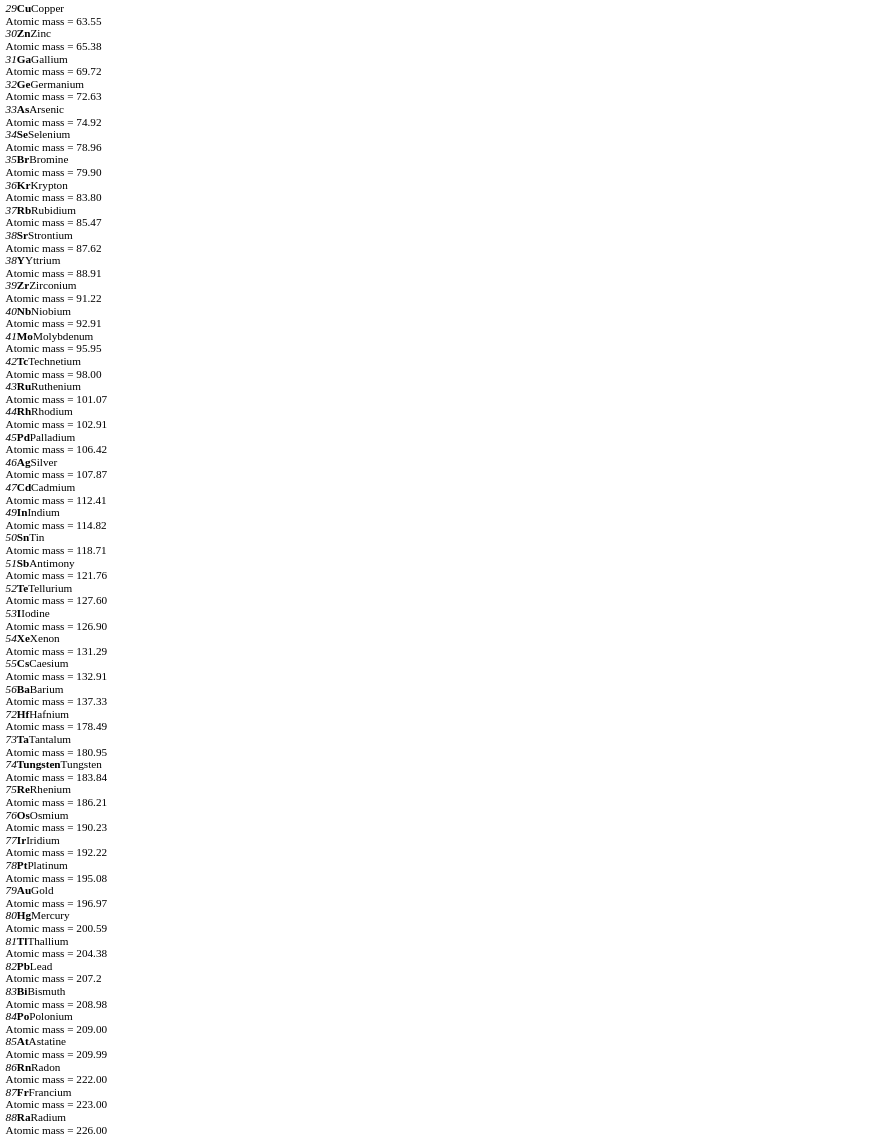
Repository: manayparikh1/Periodify
Page: index.html
The author's editor kept a copy of each file at every save. The page is drawn from the files as they stood at one save, then again after the next save.
The browser window is 1280 px wide. The pictures show the part of the page from y = 1348 to 3268 px (the page is 2980 px tall before and 3268 px after), at 70% of full size.

Above is the page before, as saved 2026-10-16 20:59:21.

### index.html
<!DOCTYPE html>
<html lang="en">

<head>
    <meta charset="UTF-8">
    <meta name="viewport" content="width=device-width, initial-scale=1.0">
    <title>Periodify</title>
</head>

<body>
    <!-- === HTML STARTS here===-->
    <header>
        <h1>Period<span>ify</span></h1>
        <p>Hover (or tap) an element and you can hover over the legend to isolate that specific group.</p>
    </header>
    <!-- === Legend === -->
    <ul class="legend">
        <li class="k-ak" style="--c: var(--ak);">Alkali metals</li>
        <li class="k-ae" style="--c: var(--ae);">Alkaline earth metals</li>
        <li class="k-tm" style="--c: var(--tm);">Transition metals</li>
        <li class="k-pt" style="--c: var(--pt);">Post-transition metals</li>
        <li class="k-md" style="--c: var(--md);">Metalloids</li>
        <li class="k-nm" style="--c: var(--nm);">Nonmetals</li>
        <li class="k-hg" style="--c: var(--hg);">Halogens</li>
        <li class="k-hl" style="--c: var(--hl);">Noble gases</li>
        <li class="k-la" style="--c: var(--la);">Lanthanides</li>
        <li class="k-ac" style="--c: var(--ac);">Actinides</li>
    </ul>
    <p class="hint">If you are on a phone swipe the table to the side so you can see properly.</p>
    <div class="scroll">
        <div class="table">

            <!-- The first period -->
            <div class="el nm" tabindex="0"><i>1</i><b>H</b><span>Hydrogen<br>Atomic mass = 1.008</span></div>
            <div class="gap" style="--n:16"></div>
            <!-- Gives a 16 element gap because hydron and helium are not in the same column -->
            <div class="el ng" tabindex="0"><i>2</i><b>He</b><span>Helium<br>Atomic mass = 4.003</span></div>
            <!-- The second period -->
            <div class="el ak" tabindex="0"><i>3</i><b>Li</b><span>Lithium<br>Atomic mass = 6.94</span></div>
            <div class="el ae" tabindex="0"><i>4</i><b>Be</b><span>Beryllium<br>Atomic mass = 9.012</span></div>
            <div class="gap" style="--n:10"></div>
            <div class="el md" tabindex="0"><i>5</i><b>B</b><span>Boron<br>Atomic mass = 10.81</span></div>
            <div class="el nm" tabindex="0"><i>6</i><b>C</b><span>Carbon<br>Atomic mass = 12.01</span></div>
            <div class="el nm" tabindex="0"><i>7</i><b>N</b><span>Nitrogen<br>Atomic mass = 14.01</span></div>
            <div class="el nm" tabindex="0"><i>8</i><b>O</b><span>Oxygen<br>Atomic mass = 16.00</span></div>
            <div class="el hg" tabindex="0"><i>9</i><b>F</b><span>Fluorine<br>Atomic mass = 19.00</span></div>
            <div class="el ng" tabindex="0"><i>10</i><b>Ne</b><span>Neon<br>Atomic mass = 20.18</span></div>
            <!-- The third period -->
            <div class="el ak" tabindex="0"><i>11</i><b>Na</b><span>Sodium<br>Atomic mass = 22.99</span></div>
            <div class="el ae" tabindex="0"><i>12</i><b>Mg</b><span>Magnesium<br>Atomic mass = 24.31</span></div>
            <div class="gap" style="--n:10"></div>
            <div class="el md" tabindex="0"><i>13</i><b>Al</b><span>Aluminum<br>Atomic mass = 26.98</span></div>
            <div class="el nm" tabindex="0"><i>14</i><b>Si</b><span>Silicon<br>Atomic mass = 28.09</span></div>
            <div class="el nm" tabindex="0"><i>15</i><b>P</b><span>Phosphorus<br>Atomic mass = 30.97</span></div>
            <div class="el nm" tabindex="0"><i>16</i><b>S</b><span>Sulfur<br>Atomic mass = 32.06</span></div>
            <div class="el hg" tabindex="0"><i>17</i><b>Cl</b><span>Chlorine<br>Atomic mass = 35.45</span></div>
            <div class="el ng" tabindex="0"><i>18</i><b>Ar</b><span>Argon<br>Atomic mass = 39.95</span></div>
            <!-- the fourth period -->
            <div class="el ak" tabindex="0"><i>19</i><b>K</b><span>Potassium<br>Atomic mass = 39.09</span></div>
            <div class="el ae" tabindex="0"><i>20</i><b>Ca</b><span>Calcium<br>Atomic mass = 40.08</span></div>
            <div class="el tm" tabindex="0"><i>21</i><b>Sc</b><span>Scandium<br>Atomic mass = 44.96</span></div>
            <div class="el tm" tabindex="0"><i>22</i><b>Ti</b><span>Titanium<br>Atomic mass = 47.87</span></div>
            <div class="el tm" tabindex="0"><i>23</i><b>V</b><span>Vanadium<br>Atomic mass = 50.94</span></div>
            <div class="el tm" tabindex="0"><i>24</i><b>Cr</b><span>Chromium<br>Atomic mass = 52.00</span></div>
            <div class="el tm" tabindex="0"><i>25</i><b>Mn</b><span>Manganese<br>Atomic mass = 54.94</span></div>
            <div class="el tm" tabindex="0"><i>26</i><b>Fe</b><span>Iron<br>Atomic mass = 55.85</span></div>
            <div class="el tm" tabindex="0"><i>27</i><b>Co</b><span>Cobalt<br>Atomic mass = 58.93</span></div>
            <div class="el tm" tabindex="0"><i>28</i><b>Ni</b><span>Nickel<br>Atomic mass = 58.69</span></div>
            <div class="el tm" tabindex="0"><i>29</i><b>Cu</b><span>Copper<br>Atomic mass = 63.55</span></div>
            <div class="el tm" tabindex="0"><i>30</i><b>Zn</b><span>Zinc<br>Atomic mass = 65.38</span></div>
            <div class="el pt" tabindex="0"><i>31</i><b>Ga</b><span>Gallium<br>Atomic mass = 69.72</span></div>
            <div class="el md" tabindex="0"><i>32</i><b>Ge</b><span>Germanium<br>Atomic mass = 72.63</span></div>
            <div class="el md" tabindex="0"><i>33</i><b>As</b><span>Arsenic<br>Atomic mass = 74.92</span></div>
            <div class="el nm" tabindex="0"><i>34</i><b>Se</b><span>Selenium<br>Atomic mass = 78.96</span></div>
            <div class="el hg" tabindex="0"><i>35</i><b>Br</b><span>Bromine<br>Atomic mass = 79.90</span></div>
            <div class="el ng" tabindex="0"><i>36</i><b>Kr</b><span>Krypton<br>Atomic mass = 83.80</span></div>
            <!-- the fifth period -->
            <div class="el ak" tabindex="0"><i>37</i><b>Rb</b><span>Rubidium<br>Atomic mass = 85.47</span></div>
            <div class="el ae" tabindex="0"><i>38</i><b>Sr</b><span>Strontium<br>Atomic mass = 87.62</span></div>
            <div class="el tm" tabindex="0"><i>38</i><b>Y</b><span>Yttrium<br>Atomic mass = 88.91</span></div>
            <div class="el tm" tabindex="0"><i>39</i><b>Zr</b><span>Zirconium<br>Atomic mass = 91.22</span></div>
            <div class="el tm" tabindex="0"><i>40</i><b>Nb</b><span>Niobium<br>Atomic mass = 92.91</span></div>
            <div class="el tm" tabindex="0"><i>41</i><b>Mo</b><span>Molybdenum<br>Atomic mass = 95.95</span></div>
            <div class="el tm" tabindex="0"><i>42</i><b>Tc</b><span>Technetium<br>Atomic mass = 98.00</span></div>
            <div class="el tm" tabindex="0"><i>43</i><b>Ru</b><span>Ruthenium<br>Atomic mass = 101.07</span></div>
            <div class="el tm" tabindex="0"><i>44</i><b>Rh</b><span>Rhodium<br>Atomic mass = 102.91</span></div>
            <div class="el tm" tabindex="0"><i>45</i><b>Pd</b><span>Palladium<br>Atomic mass = 106.42</span></div>
            <div class="el tm" tabindex="0"><i>46</i><b>Ag</b><span>Silver<br>Atomic mass = 107.87</span></div>
            <div class="el tm" tabindex="0"><i>47</i><b>Cd</b><span>Cadmium<br>Atomic mass = 112.41</span></div>
            <div class="el pt" tabindex="0"><i>49</i><b>In</b><span>Indium<br>Atomic mass = 114.82</span></div>
            <div class="el pt" tabindex="0"><i>50</i><b>Sn</b><span>Tin<br>Atomic mass = 118.71</span></div>
            <div class="el md" tabindex="0"><i>51</i><b>Sb</b><span>Antimony<br>Atomic mass = 121.76</span></div>
            <div class="el md" tabindex="0"><i>52</i><b>Te</b><span>Tellurium<br>Atomic mass = 127.60</span></div>
            <div class="el hg" tabindex="0"><i>53</i><b>I</b><span>Iodine<br>Atomic mass = 126.90</span></div>
            <div class="el ng" tabindex="0"><i>54</i><b>Xe</b><span>Xenon<br>Atomic mass = 131.29</span></div>
            <!-- the sixth period -->
            <div class="el ak" tabindex="0"><i>55</i><b>Cs</b><span>Caesium<br>Atomic mass = 132.91</span></div>
            <div class="el ae" tabindex="0"><i>56</i><b>Ba</b><span>Barium<br>Atomic mass = 137.33</span></div>
            <!-- this is the gap for the lanthanoids  group (goes to hafnium straight)-->
            <div class="gap" style="--n:1"></div>
            <div class="el tm" tabindex="0"><i>72</i><b>Hf</b><span>Hafnium<br>Atomic mass = 178.49</span></div>
            <div class="el tm" tabindex="0"><i>73</i><b>Ta</b><span>Tantalum<br>Atomic mass = 180.95</span></div>
            <div class="el tm" tabindex="0"><i>74</i><b>Tungsten</b><span>Tungsten<br>Atomic mass = 183.84</span></div>
            <div class="el tm" tabindex="0"><i>75</i><b>Re</b><span>Rhenium<br>Atomic mass = 186.21</span></div>
            <div class="el tm" tabindex="0"><i>76</i><b>Os</b><span>Osmium<br>Atomic mass = 190.23</span></div>
            <div class="el tm" tabindex="0"><i>77</i><b>Ir</b><span>Iridium<br>Atomic mass = 192.22</span></div>
            <div class="el tm" tabindex="0"><i>78</i><b>Pt</b><span>Platinum<br>Atomic mass = 195.08</span></div>
            <div class="el tm" tabindex="0"><i>79</i><b>Au</b><span>Gold<br>Atomic mass = 196.97</span></div>
            <div class="el tm" tabindex="0"><i>80</i><b>Hg</b><span>Mercury<br>Atomic mass = 200.59</span></div>
            <div class="el pt" tabindex="0"><i>81</i><b>Tl</b><span>Thallium<br>Atomic mass = 204.38</span></div>
            <div class="el pt" tabindex="0"><i>82</i><b>Pb</b><span>Lead<br>Atomic mass = 207.2</span></div>
            <div class="el pt" tabindex="0"><i>83</i><b>Bi</b><span>Bismuth<br>Atomic mass = 208.98</span></div>
            <div class="el md" tabindex="0"><i>84</i><b>Po</b><span>Polonium<br>Atomic mass = 209.00</span></div>
            <div class="el hg" tabindex="0"><i>85</i><b>At</b><span>Astatine<br>Atomic mass = 209.99</span></div>
            <div class="el ng" tabindex="0"><i>86</i><b>Rn</b><span>Radon<br>Atomic mass = 222.00</span></div>
            <!-- the seventh period -->
            <div class="el ak" tabindex="0"><i>87</i><b>Fr</b><span>Francium<br>Atomic mass = 223.00</span></div>
            <div class="el ae" tabindex="0"><i>88</i><b>Ra</b><span>Radium<br>Atomic mass = 226.00</span></div>
            <!-- this gap is the space for the Actinide block -->
            <div class="gap" style="--n:1"></div>

            <div class="el" </body>

After the next save:
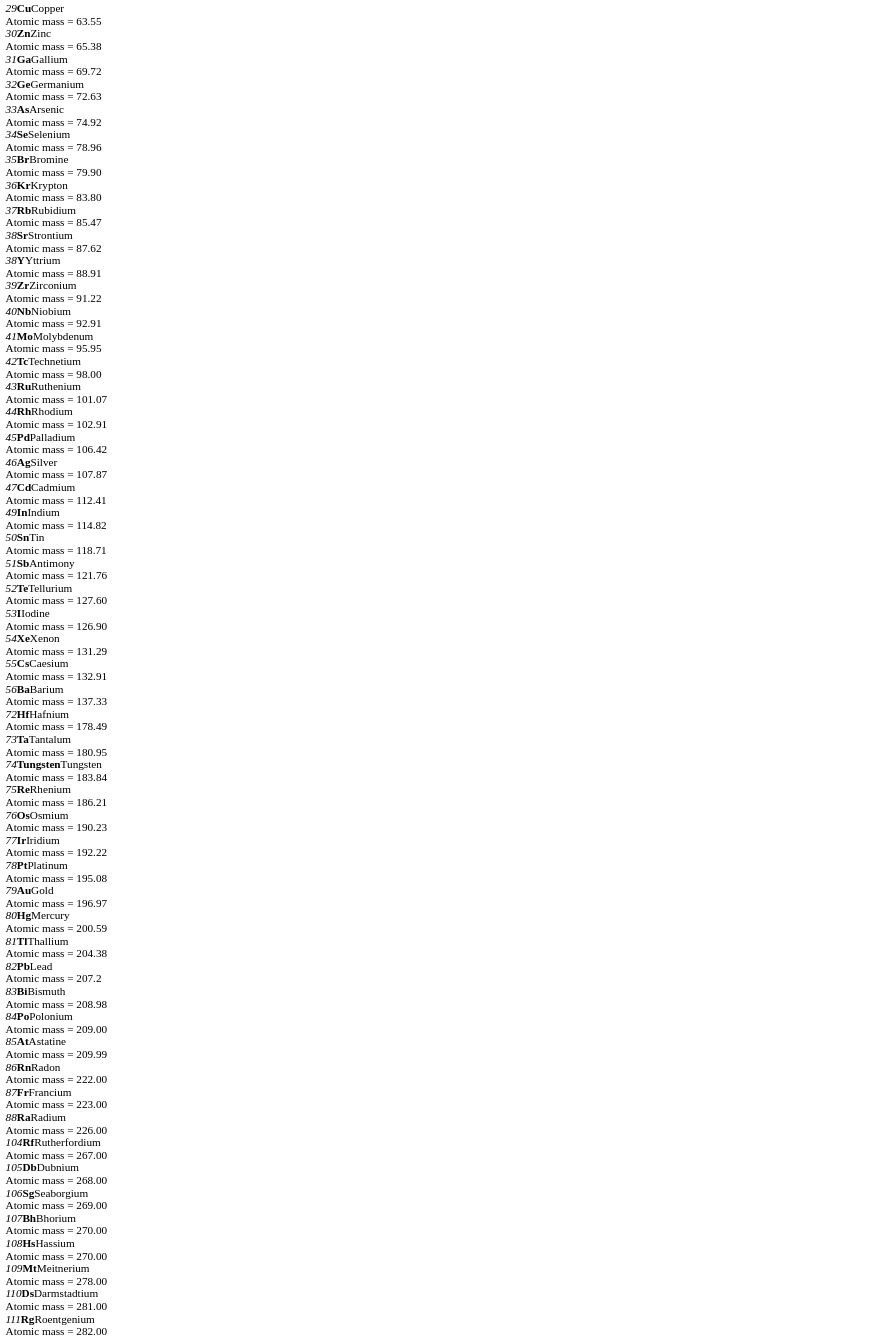
Saved 7 min 41 s later.
--- a/index.html
+++ b/index.html
@@ -118,5 +118,11 @@
             <div class="el ae" tabindex="0"><i>88</i><b>Ra</b><span>Radium<br>Atomic mass = 226.00</span></div>
             <!-- this gap is the space for the Actinide block -->
             <div class="gap" style="--n:1"></div>
-
-            <div class="el" </body>
+            <div class="el tm" tabindex="0"><i>104</i><b>Rf</b><span>Rutherfordium<br>Atomic mass = 267.00</span></div>
+            <div class="el tm" tabindex="0"><i>105</i><b>Db</b><span>Dubnium<br>Atomic mass = 268.00</span></div>
+            <div class="el tm" tabindex="0"><i>106</i><b>Sg</b><span>Seaborgium<br>Atomic mass = 269.00</span></div>
+            <div class="el tm" tabindex="0"><i>107</i><b>Bh</b><span>Bhorium<br>Atomic mass = 270.00</span></div>
+            <div class="el tm" tabindex="0"><i>108</i><b>Hs</b><span>Hassium<br>Atomic mass = 270.00</span></div>
+            <div class="el tm" tabindex="0"><i>109</i><b>Mt</b><span>Meitnerium<br>Atomic mass = 278.00</span></div>
+            <div class="el tm" tabindex="0"><i>110</i><b>Ds</b><span>Darmstadtium<br>Atomic mass = 281.00</span></div>
+            <div class="el tm" tabindex="0"><i>111</i><b>Rg</b><span>Roentgenium<br>Atomic mass = 282.00</span></div>
